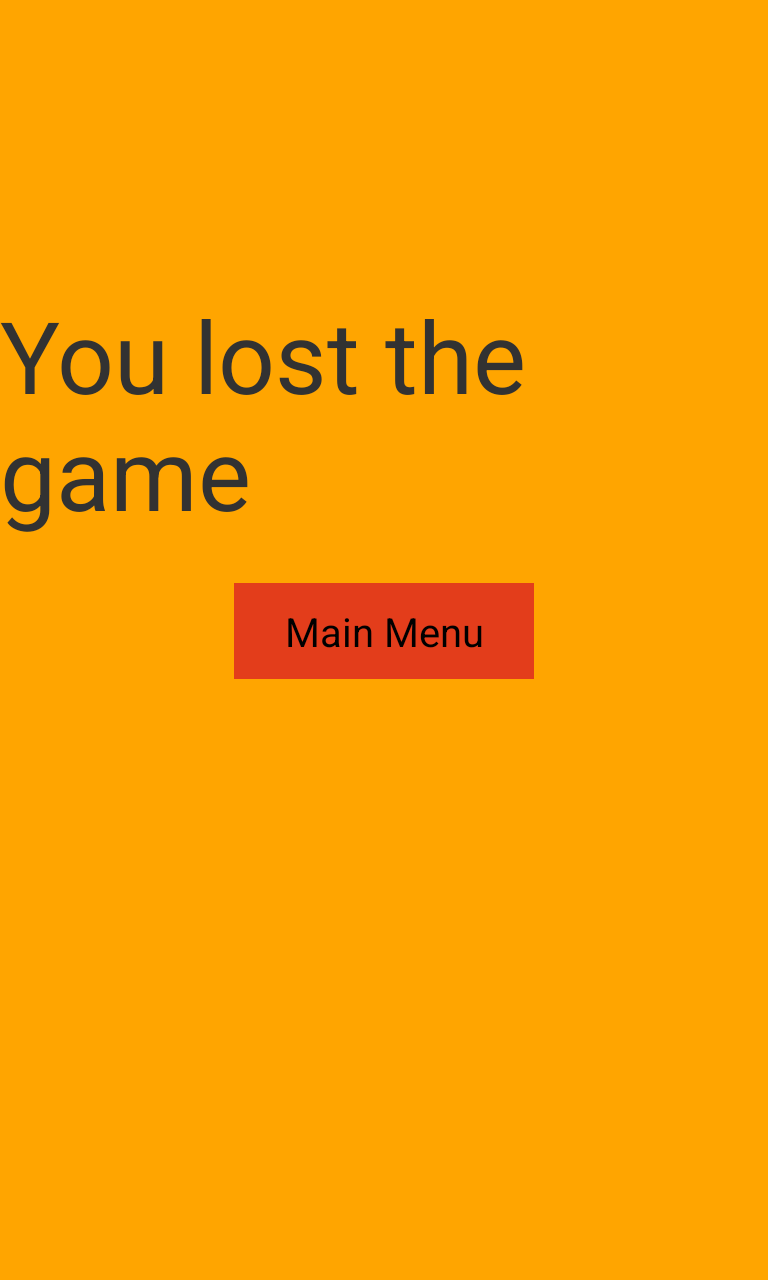
Repository: nidafarooqui/Trading-Game-Version-3
Layout: TaikunServer/res/layout/activity_game_lost.xml
The author's editor kept a copy of each file at every save. The layout is drawn from the files as they stood at one save, then again after the next save.
It is drawn on a 768 x 1280 px phone screen (xhdpi) without system bars, with theme AppTheme; the app's code is not run.

Above is the layout before, as saved 2014-08-17 18:44:42.

### TaikunServer/res/layout/activity_game_lost.xml
<RelativeLayout xmlns:android="http://schemas.android.com/apk/res/android"
    xmlns:tools="http://schemas.android.com/tools"
    android:layout_width="match_parent"
    android:layout_height="match_parent"
    android:background="@color/orange"
    android:gravity="center_horizontal"
    tools:context="${relativePackage}.${activityClass}" >

    <Button
        android:id="@+id/buttonMainMenu"
        style="?android:attr/buttonStyleSmall"
        android:layout_width="150dp"
        android:layout_height="wrap_content"
        android:layout_below="@+id/textView1"
        android:layout_centerHorizontal="true"
        android:layout_marginTop="22dp"
        android:background="@color/orrange"
        android:text="Main Menu"
        android:textSize="20sp" />

    <TextView
        android:id="@+id/textView1"
        android:layout_width="wrap_content"
        android:layout_height="wrap_content"
        android:layout_alignParentTop="true"
        android:layout_centerHorizontal="true"
        android:layout_marginTop="144dp"
        android:text="You lost the game"
        android:textSize="50sp" />

</RelativeLayout>

### TaikunServer/res/values/colours.xml
<?xml version="1.0" encoding="utf-8"?>
<resources>

    <color name="white">#FFFFFF</color>
    <color name="black">#000000</color>
    <color name="symptom_color_selected">#003366</color>
    <color name="reaction_color_selected">#003366</color>
    <color name="static_text_color">#003366</color>
    <color name="journal_entry_listitem_text_color">#003366</color>
    <color name="note_text_disabled">#333333</color>
    <color name="sky">#0099CC</color>
    <color name="lightgray">#e7e7e7</color>
      <color name="lightgray02">#bfbfbf</color>
    <color name="dark">#000015</color>
    <color name="lightgreen">#336666</color>
    <color name="orrange">#e33d1b</color>
    <color name="darkorrange">#cc2303</color>


 <color name="ivory">#FFFFF0</color>
 <color name="lightYellow">#FFFFE0</color>
 <color name="snow">#FFFAFA</color>
 <color name="floralWhite">#FFFAF0</color>
 <color name="lemonChiffon">#FFFACD</color>
 <color name="cornsilk">#FFF8DC</color>
 <color name="seashell">#FFF5EE</color>
 <color name="lavenderBlush">#FFF0F5</color>
 <color name="papayaWhip">#FFEFD5</color>
 <color name="blanchedAlmond">#FFEBCD</color>
 <color name="mistyRose">#FFE4E1</color>
 <color name="bisque">#FFE4C4</color>
 <color name="moccasin">#FFE4B5</color>
 <color name="navajoWhite">#FFDEAD</color>
 <color name="peachPuff">#FFDAB9</color>
 <color name="gold">#FFD700</color>
 <color name="pink">#FFC0CB</color>
 <color name="lightPink">#FFB6C1</color>
 <color name="orange">#FFA500</color>
 <color name="lightSalmon">#FFA07A</color>
 <color name="darkOrange">#FF8C00</color>
 <color name="coral">#FF7F50</color>
 <color name="hotPink">#FF69B4</color>
 <color name="tomato">#FF6347</color>
 <color name="orangeRed">#FF4500</color>
 <color name="deepPink">#FF1493</color>
 <color name="fuchsia">#FF00FF</color>
 <color name="magenta">#FF00FF</color>
 <color name="red">#FF0000</color>
 <color name="oldLace">#FDF5E6</color>
 <color name="lightGoldenrodYellow">#FAFAD2</color>
 <color name="linen">#FAF0E6</color>
 <color name="antiqueWhite">#FAEBD7</color>
 <color name="salmon">#FA8072</color>
 <color name="ghostWhite">#F8F8FF</color>
 <color name="mintCream">#F5FFFA</color>
 <color name="whiteSmoke">#F5F5F5</color>
 <color name="beige">#F5F5DC</color>
 <color name="wheat">#F5DEB3</color>
 <color name="sandyBrown">#F4A460</color>
 <color name="azure">#F0FFFF</color>
 <color name="honeydew">#F0FFF0</color>
 <color name="aliceBlue">#F0F8FF</color>
 <color name="khaki">#F0E68C</color>
 <color name="lightCoral">#F08080</color>
 <color name="paleGoldenrod">#EEE8AA</color>
 <color name="violet">#EE82EE</color>
 <color name="darkSalmon">#E9967A</color>
 <color name="lavender">#E6E6FA</color>
 <color name="lightCyan">#E0FFFF</color>
 <color name="burlyWood">#DEB887</color>
 <color name="plum">#DDA0DD</color>
 <color name="gainsboro">#DCDCDC</color>
 <color name="crimson">#DC143C</color>
 <color name="paleVioletRed">#DB7093</color>
 <color name="goldenrod">#DAA520</color>
 <color name="orchid">#DA70D6</color>
 <color name="thistle">#D8BFD8</color>
 <color name="lightGrey">#D3D3D3</color>
 <color name="tan">#D2B48C</color>
 <color name="chocolate">#D2691E</color>
 <color name="peru">#CD853F</color>
 <color name="indianRed">#CD5C5C</color>
 <color name="mediumVioletRed">#C71585</color>
 <color name="silver">#C0C0C0</color>
 <color name="darkKhaki">#BDB76B</color>
 <color name="rosyBrown">#BC8F8F</color>
 <color name="mediumOrchid">#BA55D3</color>
 <color name="darkGoldenrod">#B8860B</color>
 <color name="fireBrick">#B22222</color>
 <color name="powderBlue">#B0E0E6</color>
 <color name="lightSteelBlue">#B0C4DE</color>
 <color name="paleTurquoise">#AFEEEE</color>
 <color name="greenYellow">#ADFF2F</color>
 <color name="lightBlue">#ADD8E6</color>
 <color name="darkGray">#A9A9A9</color>
 <color name="brown">#A52A2A</color>
 <color name="sienna">#A0522D</color>
 <color name="yellowGreen">#9ACD32</color>
 <color name="darkOrchid">#9932CC</color>
 <color name="paleGreen">#98FB98</color>
 <color name="darkViolet">#9400D3</color>
 <color name="mediumPurple">#9370DB</color>
 <color name="lightGreen">#90EE90</color>
 <color name="darkSeaGreen">#8FBC8F</color>
 <color name="saddleBrown">#8B4513</color>
 <color name="darkMagenta">#8B008B</color>
 <color name="darkRed">#8B0000</color>
 <color name="blueViolet">#8A2BE2</color>
 <color name="lightSkyBlue">#87CEFA</color>
 <color name="skyBlue">#87CEEB</color>
 <color name="gray">#808080</color>
 <color name="olive">#808000</color>
 <color name="purple">#800080</color>
 <color name="maroon">#800000</color>
 <color name="aquamarine">#7FFFD4</color>
 <color name="chartreuse">#7FFF00</color>
 <color name="lawnGreen">#7CFC00</color>
 <color name="mediumSlateBlue">#7B68EE</color>
 <color name="lightSlateGray">#778899</color>
 <color name="slateGray">#708090</color>
 <color name="oliveDrab">#6B8E23</color>
 <color name="slateBlue">#6A5ACD</color>
 <color name="dimGray">#696969</color>
 <color name="mediumAquamarine">#66CDAA</color>
 <color name="cornflowerBlue">#6495ED</color>
 <color name="cadetBlue">#5F9EA0</color>
 <color name="darkOliveGreen">#556B2F</color>
 <color name="indigo">#4B0082</color>
 <color name="mediumTurquoise">#48D1CC</color>
 <color name="darkSlateBlue">#483D8B</color>
 <color name="steelBlue">#4682B4</color>
 <color name="royalBlue">#4169E1</color>
 <color name="turquoise">#40E0D0</color>
 <color name="mediumSeaGreen">#3CB371</color>
 <color name="limeGreen">#32CD32</color>
 <color name="darkSlateGray">#2F4F4F</color>
 <color name="seaGreen">#2E8B57</color>
 <color name="forestGreen">#228B22</color>
 <color name="lightSeaGreen">#20B2AA</color>
 <color name="dodgerBlue">#1E90FF</color>
 <color name="midnightBlue">#191970</color>
 <color name="aqua">#00FFFF</color>
 <color name="cyan">#00FFFF</color>
 <color name="springGreen">#00FF7F</color>
 <color name="lime">#00FF00</color>
 <color name="mediumSpringGreen">#00FA9A</color>
 <color name="darkTurquoise">#00CED1</color>
 <color name="deepSkyBlue">#00BFFF</color>
 <color name="darkCyan">#008B8B</color>
 <color name="teal">#008080</color>
 <color name="green">#008000</color>
 <color name="darkGreen">#006400</color>
 <color name="blue">#0000FF</color>
 <color name="mediumBlue">#0000CD</color>
 <color name="darkBlue">#00008B</color>
 <color name="navy">#000080</color>

</resources>

Loaded but not shown: TaikunServer/res/values/styles.xml (common file); TaikunServer/res/values-v11/styles.xml (common file); TaikunServer/res/values-v14/styles.xml (common file)

After the next save:
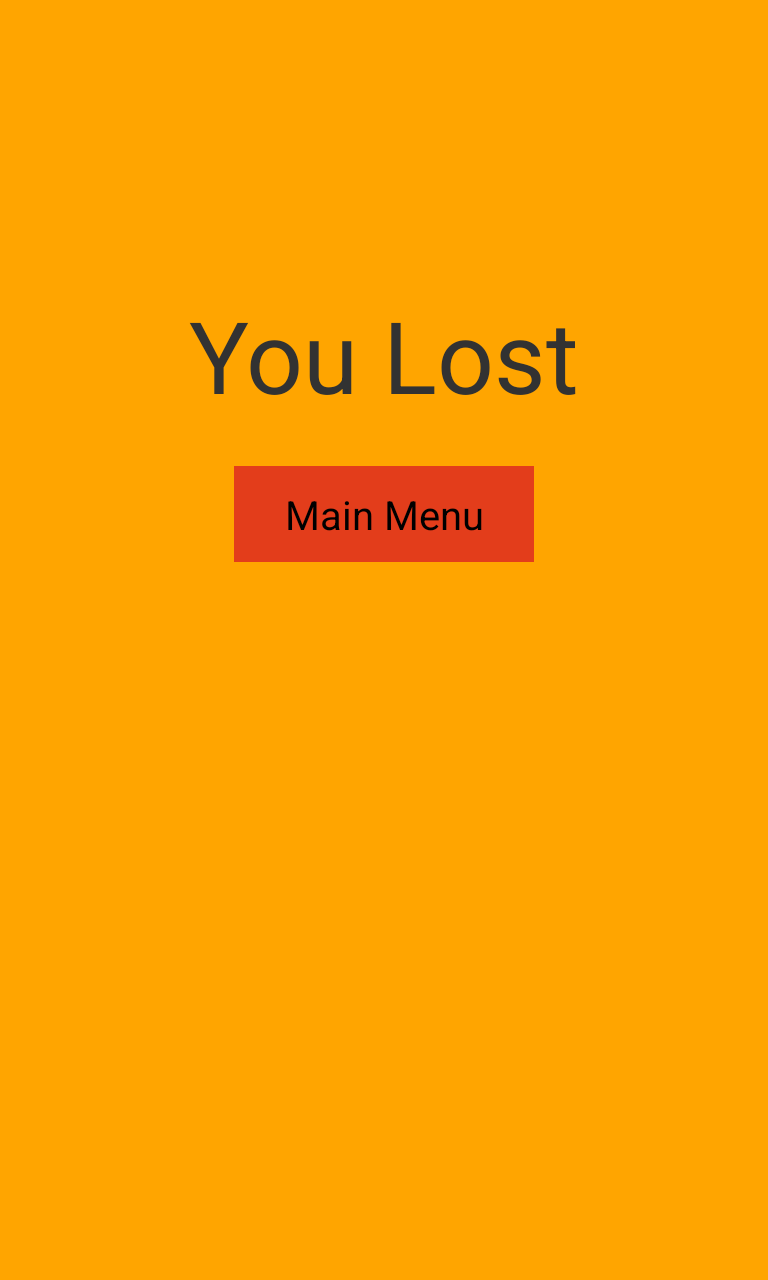
Saved 16 s later.
--- a/TaikunServer/res/layout/activity_game_lost.xml
+++ b/TaikunServer/res/layout/activity_game_lost.xml
@@ -25,7 +25,7 @@
         android:layout_alignParentTop="true"
         android:layout_centerHorizontal="true"
         android:layout_marginTop="144dp"
-        android:text="You lost the game"
+        android:text="You Lost"
         android:textSize="50sp" />
 
 </RelativeLayout>
